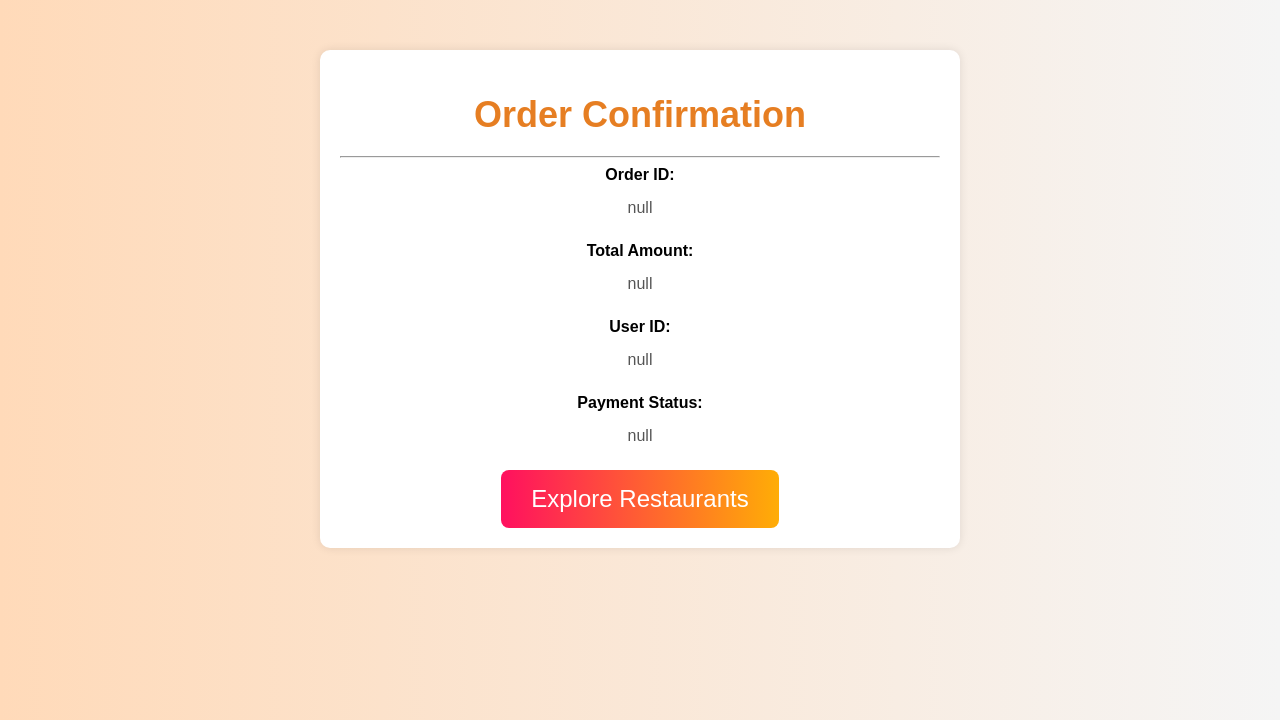
Repository: SWATHIBHUMA/FoodDelivaryApp
Page: http://localhost/FoodDelivaryApp/orderConfirmation.jsp
These files come from the project's save history. The page is drawn as it stood at one moment and after the next save; the edit follows.
The browser window is 1280 px wide. The pictures show the whole page.
The page is served by Tomcat 9. Other server files are loaded and not shown.

Above is the page before, as saved 2024-01-16 07:27:41.

### FoodDelivaryApp/src/main/webapp/orderConfirmation.jsp
<%@ page language="java" contentType="text/html; charset=UTF-8" pageEncoding="UTF-8"%>
<%@ page import="java.util.Objects" %>
<%@ page import="javax.servlet.http.HttpSession" %>

<%
    //HttpSession session = request.getSession();

    // Retrieve details from the session
    Integer orderId = (Integer) session.getAttribute("orderId");
    Integer totalAmount = (Integer) session.getAttribute("totalAmount");
    Integer userId = (Integer) session.getAttribute("userId");
    String paymentStatus = (String) session.getAttribute("paymentStatus");
%>

<!DOCTYPE html>
<html lang="en">
<head>
    <meta charset="UTF-8">
    <meta name="viewport" content="width=device-width, initial-scale=1.0">
    <style>
        body {
            font-family: 'Arial', sans-serif;
            background: linear-gradient(to right, peachpuff, whitesmoke);
            text-align: center;
            margin: 0;
            padding: 0;
        }

        .container {
            max-width: 600px;
            margin: 50px auto;
            background-color: #fff;
            border-radius: 10px;
            box-shadow: 0 0 10px rgba(0, 0, 0, 0.1);
            padding: 20px;
        }

        h1 {
			color: #e67e22;
			/* Dark orange text */
			margin-bottom: 20px;
			font-size: 36px;
			/* Increased font size */
			animation: bounce 1s forwards;
			/* Change infinite to forwards for single time bounce */
		}

		@keyframes bounce {

			0%,
			20%,
			50%,
			80%,
			100% {
				transform: translateY(0);
			}

			40% {
				transform: translateY(-20px);
			}

			60% {
				transform: translateY(-10px);
			}
		}


        p {
            color: #555;
            margin: 10px 0;
        }

        .form-group {
            display: flex;
            flex-direction: column;
            margin-bottom: 15px;
        }

        .form-label {
            font-weight: bold;
            margin-bottom: 5px;
        }

        .form-input {
            padding: 10px;
            font-size: 16px;
            border: 1px solid #ccc;
            border-radius: 5px;
        }

        .form-button {
            background-color: #007bff;
            color: #fff;
            padding: 10px;
            font-size: 16px;
            border: none;
            border-radius: 5px;
            cursor: pointer;
        }

        .container-1{
        	display: inline-block;
        }

        button {
			background: linear-gradient(to right, #ff105f,#ffad06);
			/* Dark orange button color */
			color: #ffffff;
			/* White button text color */
			padding: 15px 30px;
			font-size: 24px;
			/* Increased font size */
			border: none;
			border-radius: 8px;
			cursor: pointer;
			transition: background-color 0.3s ease, transform 0.3s ease;
			outline: none;
			/* Remove default focus outline */
		}

		button:hover {
			background-color: #d35400;
			transform: scale(1.1);
			/* Darker orange on hover */
		}


    </style>
    <title>Order Confirmation</title>
</head>
<body>
    <div class="container">
        <h1>Order Confirmation</h1>
		<hr>
        <div class="form-group">
            <label class="form-label">Order ID:</label>
            <p><%= orderId %></p>
        </div>

        <div class="form-group">
            <label class="form-label">Total Amount:</label>
            <p><%= totalAmount %></p>
        </div>

        <div class="form-group">
            <label class="form-label">User ID:</label>
            <p><%= userId %></p>
        </div>

        <div class="form-group">
            <label class="form-label">Payment Status:</label>
            <p><%= paymentStatus %></p>
        </div>

		<div class="container-1">
        	<button onclick="window.location.href='<%= request.getContextPath() %>/Restaurents'">Explore Restaurants</button>
		</div>
    </div>
</body>
</html>

After the next save:
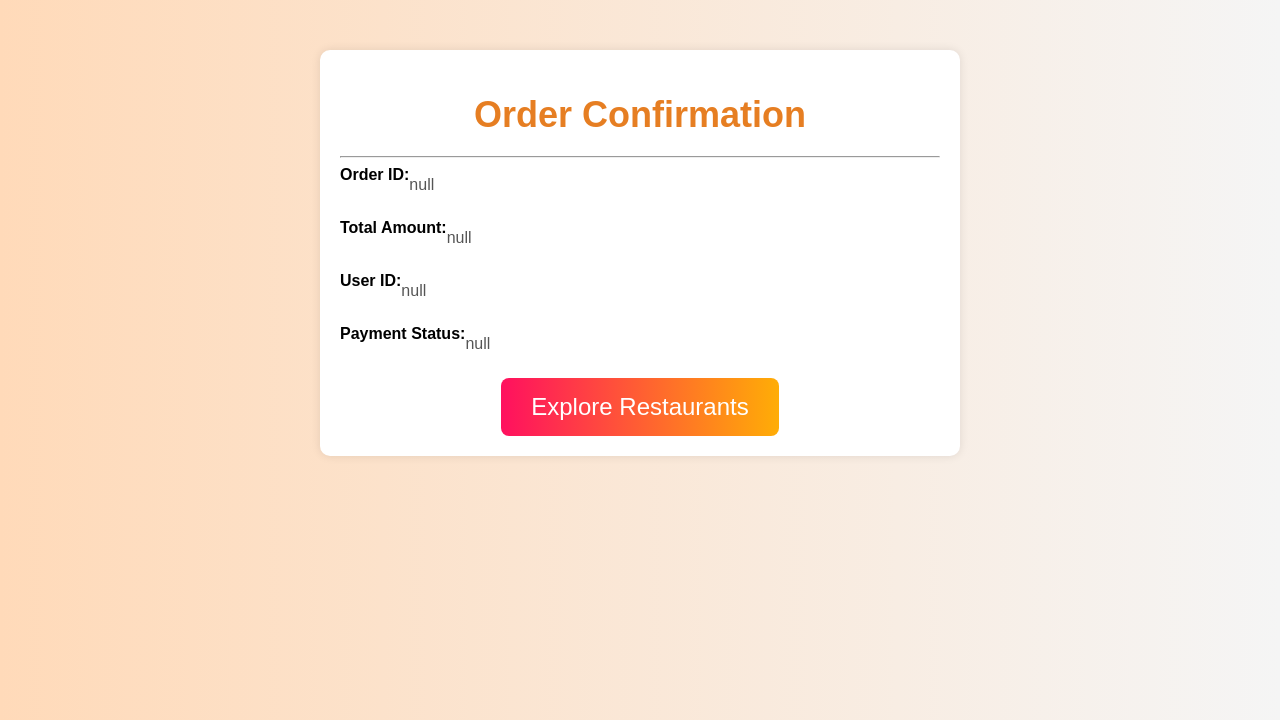
Saved 27 s later.
--- a/FoodDelivaryApp/src/main/webapp/orderConfirmation.jsp
+++ b/FoodDelivaryApp/src/main/webapp/orderConfirmation.jsp
@@ -72,7 +72,7 @@
 
         .form-group {
             display: flex;
-            flex-direction: column;
+            flex-direction: row;
             margin-bottom: 15px;
         }
 
